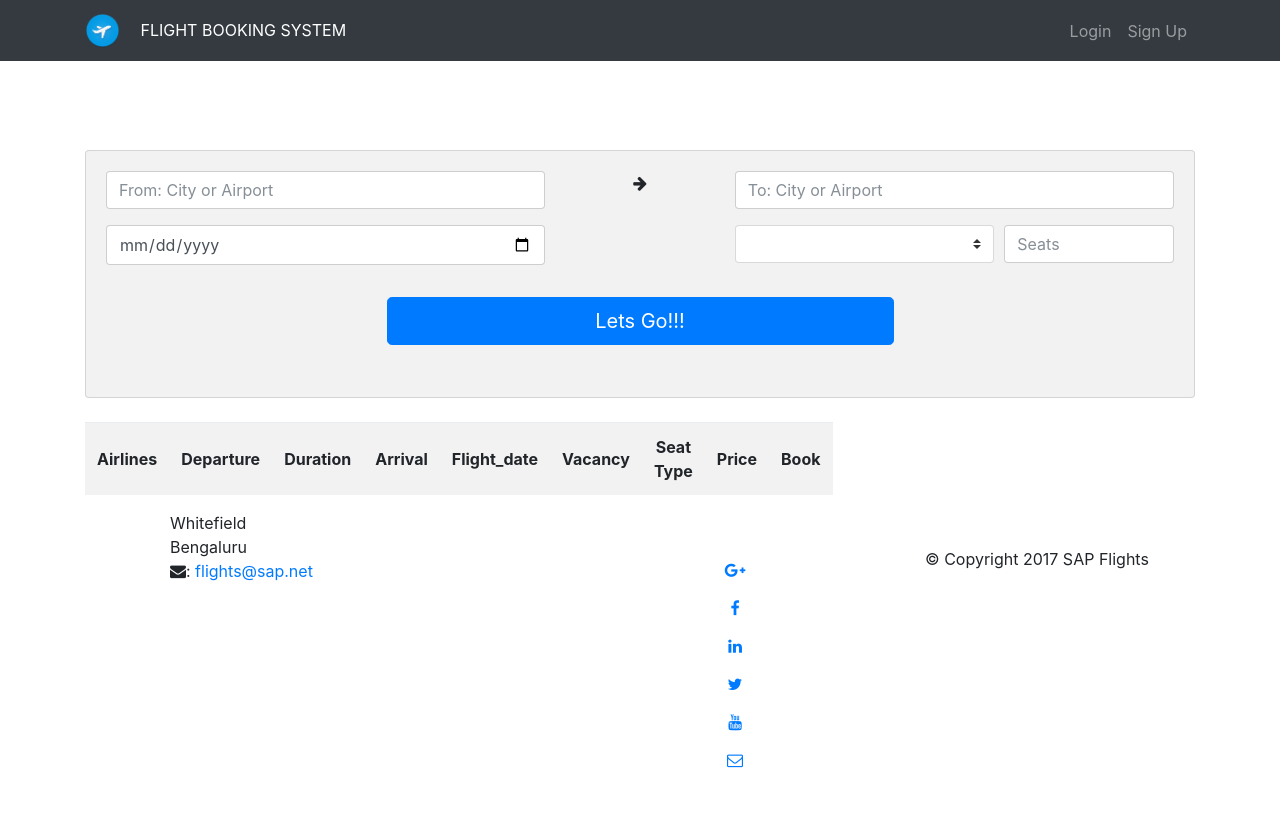
Repository: yashtatia/Spring-Practice
Page: http://localhost/FitnessTracker/WEB-INF/jsp/flightpage.jsp
The author's editor kept a copy of each file at every save. The page is drawn from the files as they stood at one save, then again after the next save.
The browser window is 1280 px wide. The pictures show the whole page.
Some web libraries are served in a nearby version. The page is served by Tomcat 9. Nobody is signed in. Other server files are loaded and not shown. The template is opened directly, without the code that normally fills it, so the values that code supplies are empty.

Above is the page before, as saved 2017-09-05 20:10:02.

### FitnessTracker/src/main/webapp/WEB-INF/jsp/flightpage.jsp
<%@ taglib prefix="c" uri="http://java.sun.com/jsp/jstl/core"%>
<%@ taglib prefix="form" uri="http://www.springframework.org/tags/form" %>
<%@ taglib prefix="spring" uri="http://www.springframework.org/tags" %>

	<jsp:include page="header.jsp" />

	<style type="text/css">
		.table td, .table th {
			text-align: center;
			align-items: center;
			align-content: center;
		}
		#city_reverse:hover{
			border: 1px solid;
		}
	</style>


	<div class="container" style="margin-top:150px;">
		<div class="card" style="background-color: #f2f2f2;" >
			<div class="card-body">
				<form:form modelAttribute="flightSearch" method="POST" >
					<div class="form-row">
						<div class="form-group col-md-5">
								<form:input path="source_airport" class="input-large form-control" type="text" placeholder="From: City or Airport" name="source_id" id="source_id" value="${flightSearch.source_airport}" />
						</div>
						<div class="form-group col-md-2">
							<div id="city_reverse" align="center" style="cursor:pointer;">
								<i class="fa fa-arrow-right" aria-hidden="true"></i>
							</div>
						</div>
						<div class="form-group col-md-5">
								<form:input path="destination_airport" class="input-large form-control" type="text" placeholder="To: City or Airport" name="destination_id" id="destination_id" value="${flightSearch.destination_airport}" />
						</div>
					</div>
					<div class="form-row">
						<div class="form-group col-md-5">
							<form:input path="flight_date" class="input-large form-control" type="date" name="flight_date" data-date-inline-picker="true" value="${flightSearch.flight_date}"/>
						</div>
						<div class="col-md-2">

						</div>
						<div class="col-md-3 form-group">
								<form:select id="seat_classes" path="seat_class" class="custom-select mb-2 mr-sm-2 mb-sm-0 form-control" name="seat_type" value="${flightSearch.seat_class}">
									<form:options items="${seats}" itemLabel="description" itemValue="seat_type"/>
								</form:select>
						</div>
						<div class="col-md-2 form-group">
							<form:input path="seats" class="input-large form-control" type="number" name="seats" data-date-inline-picker="true" placeholder="Seats" value="${flightSearch.seats}" min="1"/>
						</div>
					</div>

					<div class="form-row">
						<div class="form-group col-md-6 mx-auto p-3">
							<button type="submit" class="btn btn-lg btn-block btn-primary" name="flightSearchFormSubmit" value="SEARCH">Lets Go!!!</button>
						</div>
					</div>
				</form:form>
			</div>
		</div>
	</div>
	<div class="container">
		<br/>
		<div class="row row-content">
			<div class="col-lg-8 col-lg-offset-2" >
				<table class="table table-striped table-hover">
					<tr>
						<th>Airlines</th>
						<th>Departure</th>
						<th>Duration</th>
						<th>Arrival</th>
						<th>Flight_date</th>
						<th>Vacancy</th>
						<th>Seat Type</th>
						<th>Price</th>
						<th>Book</th>
					</tr>
					<c:forEach items="${flightsReport}" var="flightReport">
						<tr>
							<td>${flightReport.carrier.carrier_name}</td>
							<td>
								<table style="border: none; padding: none;" >
									<tr>
										<td>${flightReport.departure.airport_id} ${flightReport.departure_time}</td>
									</tr>
									<tr>
										<td>${flightReport.departure.airport_name}, India</td>
									</tr>
								</table>
							</td>
							<td>${flightReport.duration}</td>
							<td>
								<table style="border: none; padding-left: 2px:;">
									<tr>
										<td>${flightReport.arrival.airport_id} ${flightReport.arrival_time}</td>
									</tr>
									<tr>
										<td>${flightReport.arrival.airport_name}, India</td>
									</tr>
								</table>
							</td>
							<td>${flightReport.flight_date}</td>
							<td>${flightReport.vacancy}</td>
							<td>${flightReport.seat_type.description}</td>
							<td>${flightReport.price}</td>

							<form:form modelAttribute="flightSelected" action="flightWeWishToFly.html" method="POST">
								<form:hidden path="flight_id" value="${flightReport.flight_id}" />
								<form:hidden path="route_id" value="${flightReport.route_id}" />
								<form:hidden path="departure_id" value="${flightReport.departure.airport_id}" />
								<form:hidden path="departure" value="${flightReport.departure.airport_name}" />
								<form:hidden path="arrival_id" value="${flightReport.arrival.airport_id}" />
								<form:hidden path="arrival" value="${flightReport.arrival.airport_name}" />
								<form:hidden path="user_air_miles" value="${userForm.air_miles}" />
								<form:hidden path="airline" value="${flightReport.carrier.carrier_name}" />
								<form:hidden path="flight_date" value="${flightReport.flight_date}" />
								<form:hidden path="departure_time" value="${flightReport.departure_time}" />
								<form:hidden path="arrival_time" value="${flightReport.arrival_time}" />
								<form:hidden path="duration" value="${flightReport.duration}" />
								<form:hidden path="price" value="${flightReport.price}" />
								<form:hidden path="seat_class" value="${flightReport.seat_type.description}" />
								<form:hidden path="seat_class_abbrev" value="${flightReport.seat_type.seat_type}" />
								<form:hidden path="seats" value="${flightSearch.seats}" />
								<td><button type="submit" class="btn btn-large btn-warning">Book Now</button></td>
							</form:form>

						</tr>
					</c:forEach>
				</table>

			</div>
		</div>
	</div>
	<jsp:include page="footer.jsp" />

	<script type="text/javascript">
		$(document).ready(function(){
			$("#city_reverse").on("click" , function(){
				var source = $("#source_id").val();
				var destination = $("#destination_id").val();
				$("#source_id").val(destination);
				$("#destination_id").val(source);
			});

			$("#city_reverse").mouseenter(function(){
				$("#city_reverse > span").removeClass("fa fa-arrow-right");
				$("#city_reverse > span").addClass("fa fa-arrow-left");
			});
			$("#city_reverse").mouseleave(function(){
				$("#city_reverse > span").removeClass("fa fa-arrow-left");
				$("#city_reverse > span").addClass("fa fa-arrow-right");
			});
		});
	</script>
<!-- 	<script type="text/javascript">
		$(document).ready(
			function() {
				$.getJSON('<spring:url value="seat_classes.json"/>', {
					ajax : 'true'
				}, function(data){
					var html = '<option value="">--Please select one--</option>';
					var len = data.length;
					for (var i = 0; i < len; i++) {
						html += '<option value="' + data[i].seat_type + '">'
								+ data[i].description + '</option>';
					}
					html += '</option>';

					$('#seat_classes').html(html);
				});

			});

	</script> -->
	<script type="text/javascript">
		$( function() {
			console.log( "document Ready!" );

			// $('#source_id').autocomplete("flightSearchHelpAjax.jsp");
			// $(this.target).find('source_id').autocomplete({
			$("#source_id").autocomplete({
				source: function (request, response) {
		            $.getJSON('<spring:url value="flightAjax.json"/>', request, function(result) {
		                response($.map(result, function(item) {
		                    return {
		                        // following property gets displayed in drop down
		                        value: item.airport_id + " - " + item.airport_name ,
		                        // following property gets entered in the textbox
		                        data: item.airport_id,
		                        // following property is added for our own use
		                    };
		                }));
		            });
		        },
		        minLength:2,
		        delay:100
			});
			$('#destination_id').autocomplete({
				source: function (request, response) {
		            $.getJSON('<spring:url value="flightAjax.json"/>', request, function(result) {
		                response($.map(result, function(item) {
		                    return {
		                        // following property gets displayed in drop down
		                        //label: item.airport_id,
		                        value: item.airport_id + " - " + item.airport_name ,
		                        // following property gets entered in the textbox
		                        data: item.airport_id,

		                    };
		                }));
		            });
		        },
		        minLength:2,
		        delay:100
			});
		});
	</script>

### FitnessTracker/src/main/webapp/WEB-INF/jsp/header.jsp
<%@ taglib prefix="c" uri="http://java.sun.com/jsp/jstl/core"%>
<%@ taglib prefix="form" uri="http://www.springframework.org/tags/form" %>
<%@ taglib prefix="spring" uri="http://www.springframework.org/tags" %>
<!DOCTYPE html>
<html>
<head>
	<meta charset="utf-8">
    <meta http-equiv="X-UA-Compatible" content="IE=edge">
    <meta name="viewport" content="width=device-width, initial-scale=1, shrink-to-fit=no">
	<title>Search Flights</title>
	<link rel="stylesheet" href="https://maxcdn.bootstrapcdn.com/bootstrap/4.0.0-beta/css/bootstrap.min.css" integrity="sha384-/Y6pD6FV/Vv2HJnA6t+vslU6fwYXjCFtcEpHbNJ0lyAFsXTsjBbfaDjzALeQsN6M" crossorigin="anonymous">
	<link href="https://maxcdn.bootstrapcdn.com/font-awesome/4.7.0/css/font-awesome.min.css" rel="stylesheet">
	<link rel="stylesheet" type="text/css" href="assets/css/jquery-ui.css">
</head>
<body>

	 <nav class="navbar navbar-expand-md navbar-dark bg-dark fixed-top">
            <div class="container">
                <div class="navbar-header">
	                <span><a class="navbar-brand" href="index.jsp"><img src="assets/img/sap.png" height=35 width=35></a></span>
	                <span style="color: white;">FLIGHT BOOKING SYSTEM</span>
                </div>

                <c:choose>
    				<c:when test="${not logInForm.loggedIn || logInForm == null}">
                       <ul class="navbar-nav bd-navbar-nav" style="cursor: pointer;">
	                        <li class="nav-item"><a class="nav-link" data-toggle="modal" data-target="#loginModal" id="login"><span class="glyphicon glyphicon-log-in"></span> Login</a></li>
	                        <li class="nav-item"><a class="nav-link" href="signUp.html"><span class="glyphicon glyphicon-log-in"></span> Sign Up</a></li>
	                    </ul>
	    			</c:when>
	    			<c:otherwise>
	                    <ul class="navbar-nav bd-navbar-nav" style="cursor: pointer;">
	                        <li class="nav-item dropdown">
	                            <a href="#" class="nav-link dropdown-toggle" data-toggle="dropdown"
	                             role="button" aria-haspopup="true" aria-expanded="false" style="color: white; ">
	                             <i class="fa fa-user-o" aria-hidden="true"></i>  ${userForm.fname} ${userForm.lname} <span class="caret"></span></a>
	                            <ul class="dropdown-menu">
	                                <li><a class="dropdown-item" href="#">Your Miles : ${userForm.air_miles}</a></li>
	                                <li><a class="dropdown-item" href="myBookings.html">MyBookings</a></li>
	                                <li><a class="dropdown-item" href="logout.html">Logout</a></li>
	                            </ul>
	                        </li>
	                    </ul>
	                </c:otherwise>
                </c:choose>


                </div>
        </nav>

    <c:if test="${logInForm.loggedIn == false || logInForm == null}">

	    <div id="loginModal" class="modal fade " role="dialog" aria-labelledby="loginModal" aria-hidden="true">
	        <div class="modal-dialog" style="max-width: 650px !important;">
	        <!-- Modal content-->
	        <div class="modal-content">
	            <div class="modal-header">
	                <h5 class="modal-title" id="exampleModalLabel">Login</h5>
			     	   <button type="button" class="close" data-dismiss="modal" aria-label="Close">
			        	  <span aria-hidden="true">&times;</span>
			       	 </button>
	            </div>
		        <div class="modal-body">
		            <form:form modelAttribute="logInForm" class="form-inline" id="loginForm" action="logIn.html" method="POST">
		                <div class="form-group">
		                    <label class="sr-only" for="InputEmail">Email address</label>
		                    <form:input path="username" type="email" class="form-control" id="Email" placeholder="Email" name="email" />
		                </div>
		                <div class="form-group mx-sm-3">
		                    <label class="sr-only" for="Password">Password</label>
		                    <form:input path="password" type="password" class="form-control" id="Password" placeholder="Password" name="password" />
		                </div>

	            		<div class="form-group mx-sm-3">
	            			<button type="button" class="btn btn-default btn-danger pull-right" data-dismiss="modal">Cancel</button>
		                	<button type="submit" class="btn btn-default btn-info pull-right">Sign in</button>
	            		</div>


	            	</form:form>
				</div>

	        </div>
	        </div>
	    </div>

    </c:if>

### FitnessTracker/src/main/webapp/WEB-INF/jsp/footer.jsp

	<footer class="row-footer">
        <div class="container">
            <div class="row">

                <div class="col-xs-6 col-sm-5" style="padding-left:100px;">
                    <address>
		              Whitefield<br>
		              Bengaluru<br>
		              <i class="fa fa-envelope"></i>:
                         <a href="mailto:flights@sap.net">
                         flights@sap.net</a>
                    </address>
                </div>
                <div class="col-xs-12 col-sm-4 pull-right">
                    <div class="nav navbar-nav" style="padding: 40px 10px;">
                        <a class="btn btn-social-icon btn-google-plus" href="http://google.com/+"><i class="fa fa-google-plus"></i></a>
                        <a class="btn btn-social-icon btn-facebook" href="http://www.facebook.com/profile.php?id="><i class="fa fa-facebook"></i></a>
                        <a class="btn btn-social-icon btn-linkedin" href="http://www.linkedin.com/in/"><i class="fa fa-linkedin"></i></a>
                        <a class="btn btn-social-icon btn-twitter" href="http://twitter.com/"><i class="fa fa-twitter"></i></a>
                        <a class="btn btn-social-icon btn-youtube" href="http://youtube.com/"><i class="fa fa-youtube"></i></a>
                        <a class="btn btn-social-icon" href="mailto:"><i class="fa fa-envelope-o"></i></a>
                    </div>
                </div>
                <div class="col-xs-12">
                    <p style="padding:10px;"></p>
                    <p align=center> &copy; Copyright 2017 SAP Flights</p>
                </div>
            </div>
        </div>
    </footer>




<script src="https://code.jquery.com/jquery-3.2.1.slim.min.js" integrity="sha384-KJ3o2DKtIkvYIK3UENzmM7KCkRr/rE9/Qpg6aAZGJwFDMVNA/GpGFF93hXpG5KkN" crossorigin="anonymous"></script>
<script type="text/javascript" src="http://code.jquery.com/jquery-3.2.1.min.js"></script>
<script type="text/javascript" src="assets/js/jquery-ui.min.js"></script>
<script src="https://cdnjs.cloudflare.com/ajax/libs/popper.js/1.11.0/umd/popper.min.js" integrity="sha384-b/U6ypiBEHpOf/4+1nzFpr53nxSS+GLCkfwBdFNTxtclqqenISfwAzpKaMNFNmj4" crossorigin="anonymous"></script>
<script src="https://maxcdn.bootstrapcdn.com/bootstrap/4.0.0-beta/js/bootstrap.min.js" integrity="sha384-h0AbiXch4ZDo7tp9hKZ4TsHbi047NrKGLO3SEJAg45jXxnGIfYzk4Si90RDIqNm1" crossorigin="anonymous"></script>

<script>
        $().button('toggle');
        $(document).ready(function(){
            $("#login").click(function(){
                console.log("yo!");
                $("#loginModal").modal();
            });
        });

        $(document).ready(function(){
            $("#table").click(function(){
                $("#tableModal").modal();
            });
        });
</script>
</body>
</html>

Loaded but not shown: FitnessTracker/src/main/webapp/assets/css/jquery-ui.css (library); FitnessTracker/src/main/webapp/assets/js/jquery-ui.min.js (library)

After the next save:
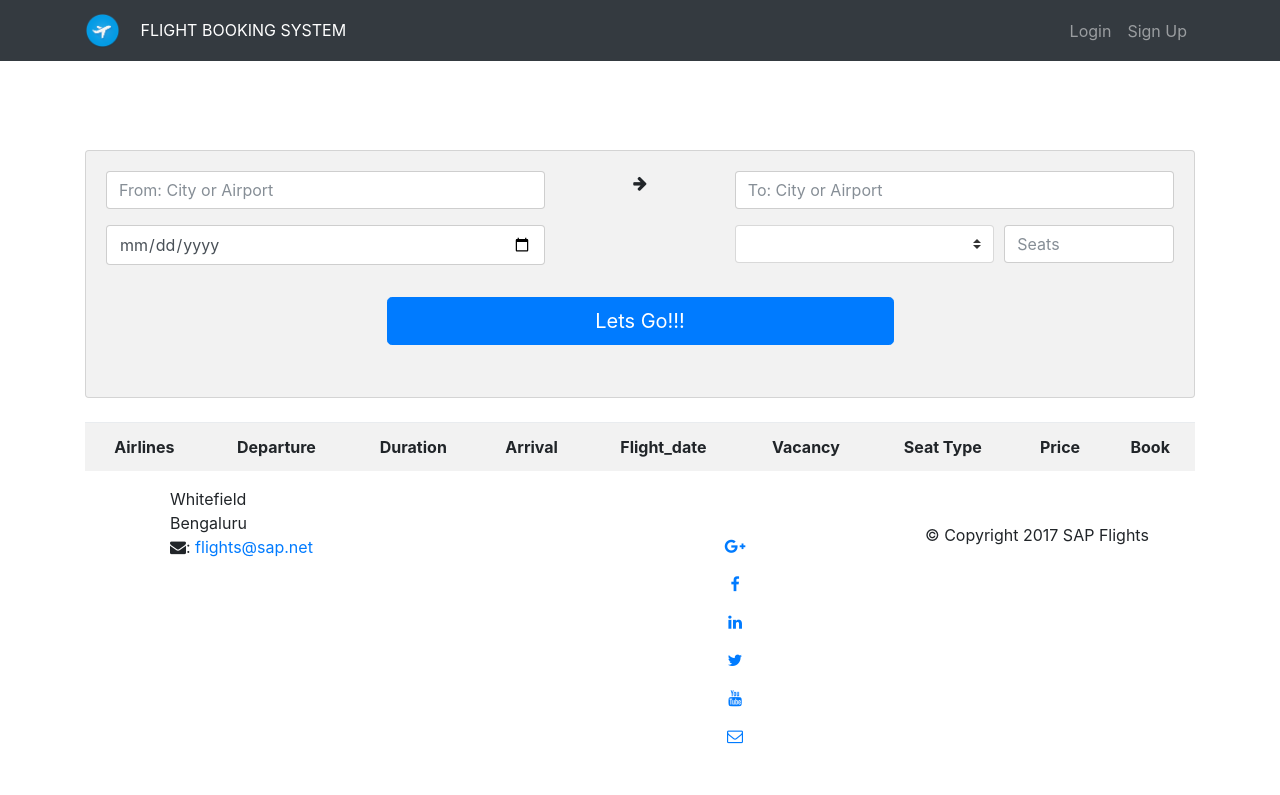
Saved 41 s later.
--- a/FitnessTracker/src/main/webapp/WEB-INF/jsp/flightpage.jsp
+++ b/FitnessTracker/src/main/webapp/WEB-INF/jsp/flightpage.jsp
@@ -62,7 +62,7 @@
 	<div class="container">
 		<br/>
 		<div class="row row-content">
-			<div class="col-lg-8 col-lg-offset-2" >
+			<div class="col-lg-12 " >
 				<table class="table table-striped table-hover">
 					<tr>
 						<th>Airlines</th>
